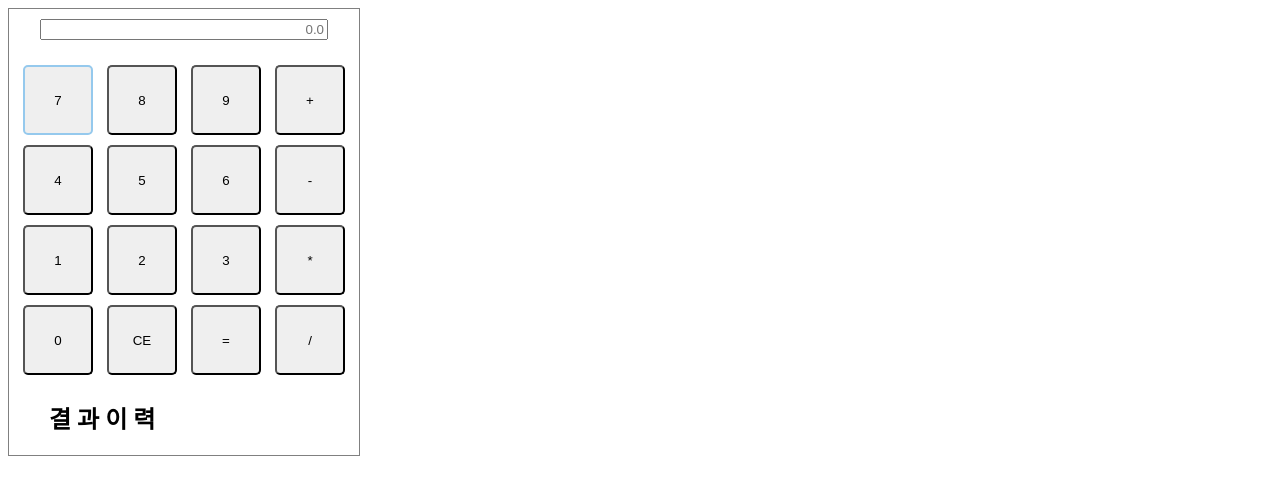
Repository: Migorithm/front_work
Page: front05_JQuery/src/main/webapp/3_event/assignment.html
These files come from the project's save history. The page is drawn as it stood at one moment and after the next save; the edit follows.
The browser window is 1280 px wide. The pictures show the whole page.
The pointer rests on the first visible `button`.

Above is the page before, as saved 2021-09-03 08:29:43.

### front05_JQuery/src/main/webapp/3_event/assignment.html
<!--
1. 계산 이력 남기기(번호로)
2. 클릭시 boundary 하이라이트.
 -->


<!DOCTYPE html>
<html>
<head>
<meta charset="UTF-8">
<title>Insert title here</title>
<style type="text/css">
		#calc{
			border:1px solid gray;
			width:350px;
			text-align: center;
		}
		#formula{
			text-align: right;
			width:80%;
			margin-top:10px;
			margin-bottom:20px;
		}
		#resultDiv{
			text-align: left;
			margin-left:40px;
		}
		button{
			width:70px;
			height:70px;
			margin:5px;
			border-radius: 5px;


		}

		button:hover, .highlighter:focus{

			border :2px solid #95c9ed;
			box-shadow:
      background: radial-gradient(ellipse closest-side,
      red, yellow 10%, #1e90ff 50%, beige);



		}

</style>
</head>

<script src="https://ajax.googleapis.com/ajax/libs/jquery/3.6.0/jquery.min.js"></script>
<script>
	const num = ["1","2","3","4","5","6","7","8","9","0"]
	const operator = ["+","-","*","/"]

	$(function(){
		$('button').bind("click",function(){
		$(this).addClass('highlighter');
			if (num.includes($(this).html())){
				var added_num =  $('input[type=text]').val() +$(this).html()
				$('input[type=text]').val(added_num)
			}

			else if (operator.includes($(this).html())){

			var added_num =  $('input[type=text]').val() +$(this).html()

			$('input[type=text]').val(added_num)
			}


			else if ($(this).html() == "CE"){
				$('input[type=text]').val("")
			}
			else {
				var last =$('input[type=text]').val();
				if (operator.includes(last.charAt(last.length-1)) ||
					operator.includes(last.charAt(0))){
					alert("연산할 수 없는 식입니다.")
				}
				else{
				var result = eval($('input[type=text]').val())
				$('#result').append("<li>"+$('input[type=text]').val() +"="+result+"</li>")
				$('input[type=text]').val(result)
			}}


		})


		});
</script>


<body>
	<div id="calc">
		<input type="text" id="formula" value="" placeholder="0.0" readonly/>
		<div id="pad">
			<button >7</button>
			<button >8</button>
			<button >9</button>
			<button >+</button>
			<button >4</button>
			<button >5</button>
			<button >6</button>
			<button >-</button>
			<button >1</button>
			<button >2</button>
			<button >3</button>
			<button >*</button>
			<button >0</button>
			<button >CE</button>
			<button >=</button>
			<button >/</button>
		</div>
		<div id="resultDiv">
			<h2>결 과 이 력</h2>
			<ol id="result"></ol>
		</div>
	</div>
</body>
</html>

After the next save:
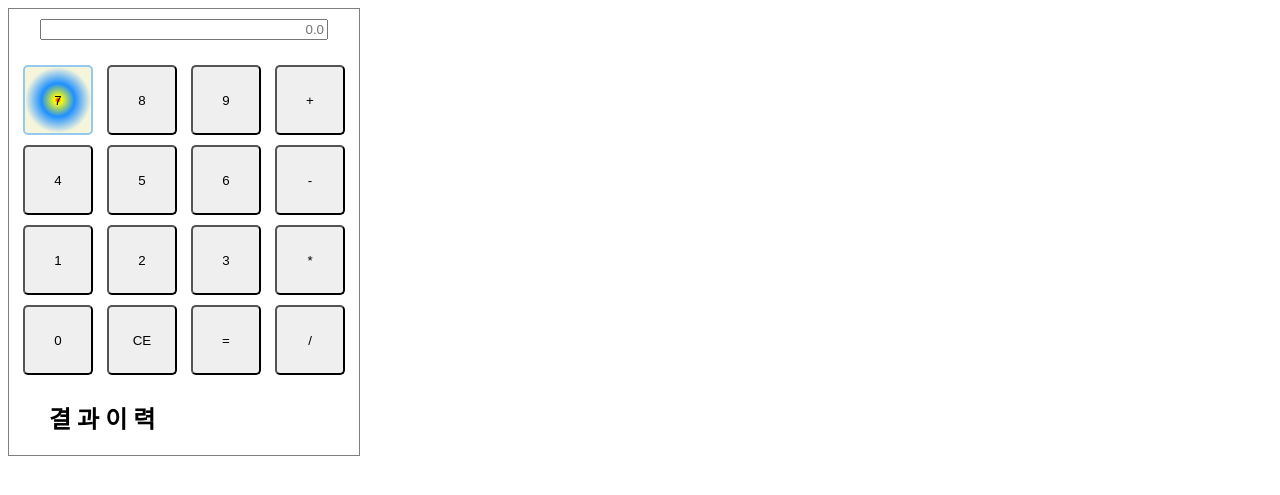
Saved 4 s later.
--- a/front05_JQuery/src/main/webapp/3_event/assignment.html
+++ b/front05_JQuery/src/main/webapp/3_event/assignment.html
@@ -37,7 +37,7 @@
 		button:hover, .highlighter:focus{
 
 			border :2px solid #95c9ed;
-			box-shadow:
+
       background: radial-gradient(ellipse closest-side,
       red, yellow 10%, #1e90ff 50%, beige);
 

After the save that followed:
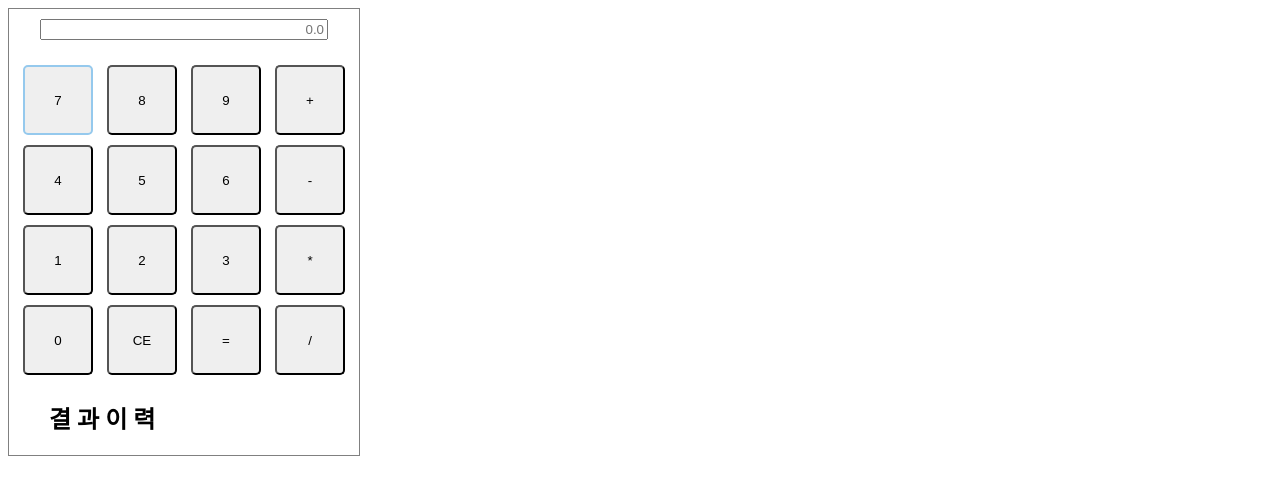
Saved 22 s later.
--- a/front05_JQuery/src/main/webapp/3_event/assignment.html
+++ b/front05_JQuery/src/main/webapp/3_event/assignment.html
@@ -38,7 +38,7 @@
 
 			border :2px solid #95c9ed;
 
-      background: radial-gradient(ellipse closest-side,
+      box-shadow: radial-gradient(ellipse closest-side,
       red, yellow 10%, #1e90ff 50%, beige);
 
 
